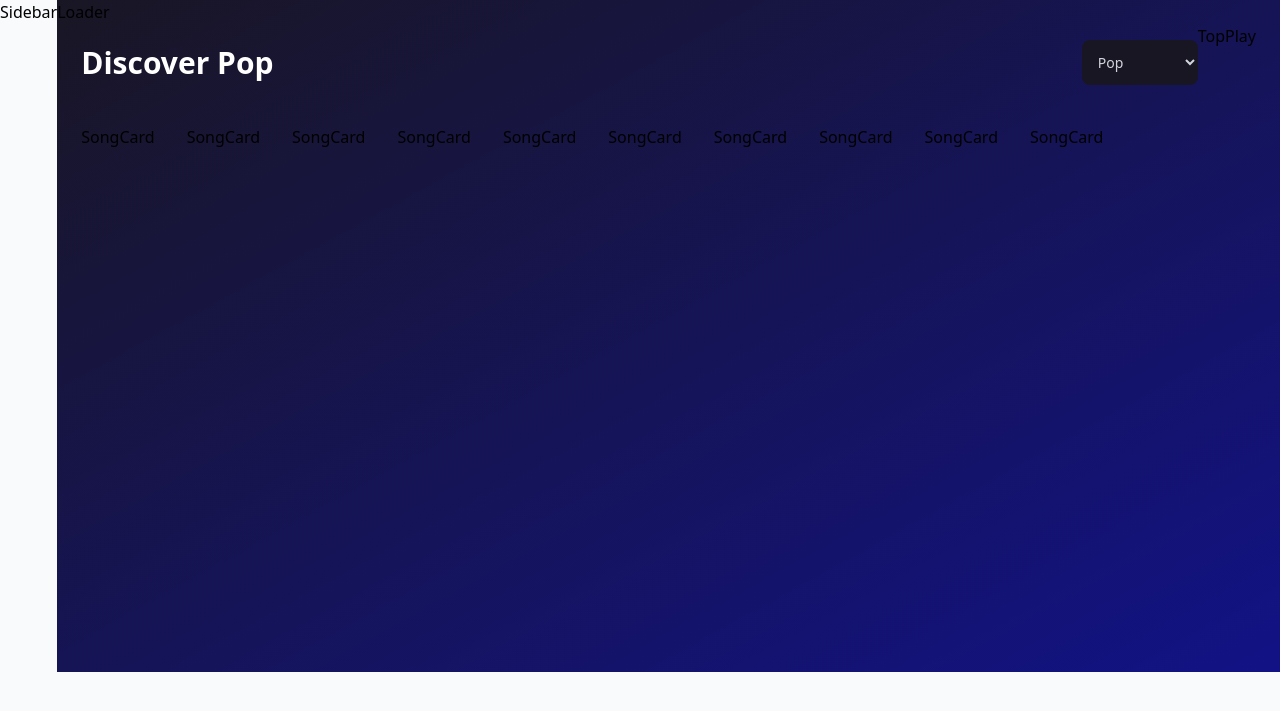
Repository: Goldmyn/GoldStarMusic
Page: /
These files come from the project's save history. The page is drawn as it stood at one moment and after a run of saves; the edit follows.
The browser window is 1280 px wide. The pictures show the whole page.
The page's requests for data from a server got no answer. The project was rebuilt for these pictures with package versions that can differ from the ones it lists, and the page was loaded fresh each time. No one was signed in, and anything a server would have sent is missing. Also part of the build but not shown: vite.config.js, src/components/ArtistCard.jsx, src/components/DetailsHeader.jsx, src/components/PlayPause.jsx, src/components/SongBar.jsx, src/components/RelatedSongs.jsx, src/components/MusicPlayer/Controls.jsx, src/components/MusicPlayer/Player.jsx and 12 more.

Above is the page before, as saved 2022-09-30 13:54:11.

After the next 3 saves:
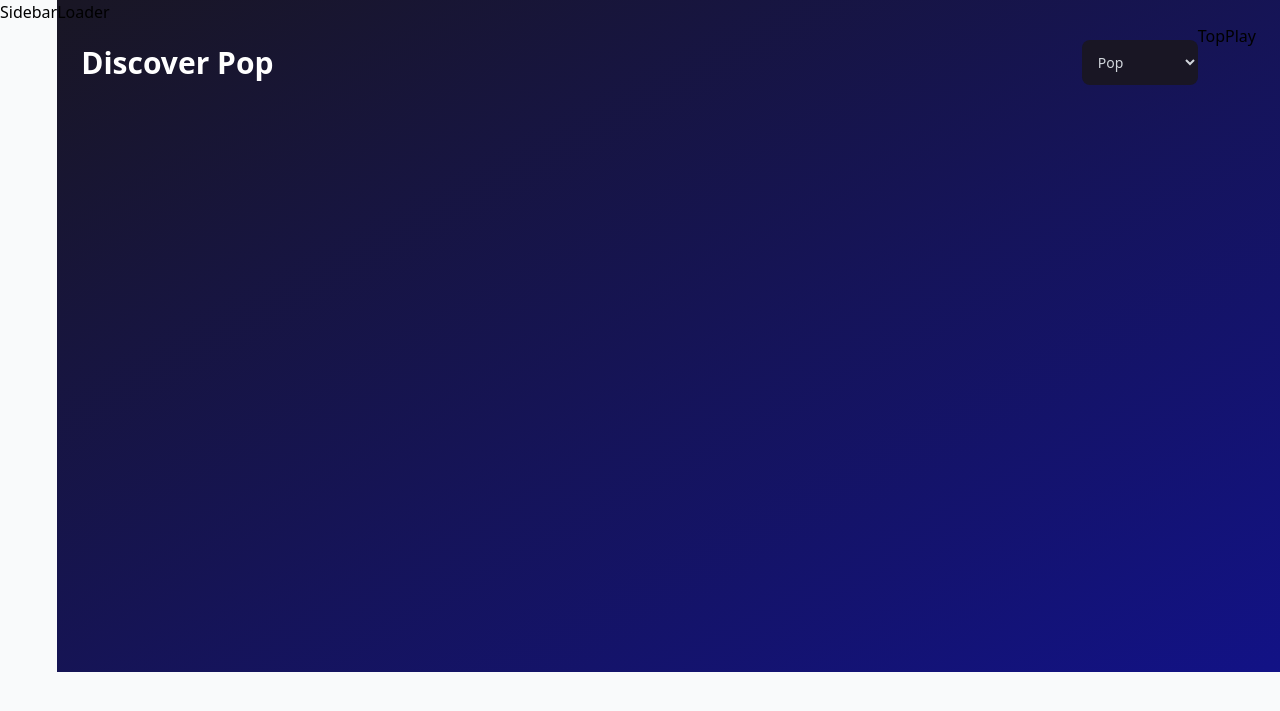
The 3 saves are shown as one change because 1 did not build or start and some came seconds apart.
The last was saved 33 s later.
--- a/src/pages/Discover.jsx
+++ b/src/pages/Discover.jsx
@@ -24,7 +24,7 @@ const Discover = () => {
             </div>
 
             <div className="flex flex-wrap sm:justify-start justify-center gap-8">
-                {[1, 2, 3, 4, 5, 6, 7, 8, 9, 10].map((song, i) => (
+                {data?.map((song, i) => (
                     <SongCard
                         key={song.key}
                         song={song}
